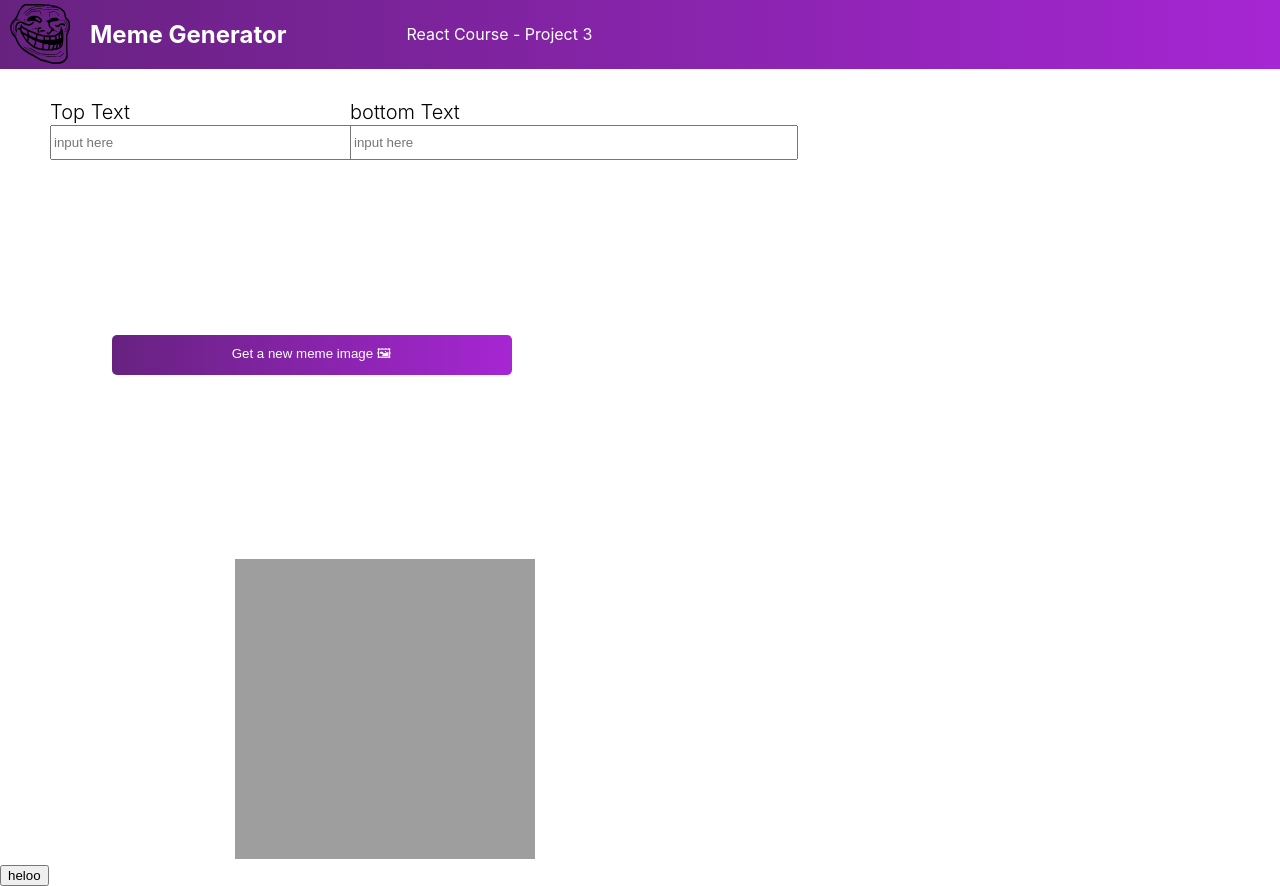
Repository: mortiestmorty1/meme-generator-react
Page: /
The author's editor kept a copy of each file at every save. The page is drawn from the files as they stood at one save, then again after the next save.
The browser window is 1280 px wide. The pictures show the whole page.
Pictures or frames that could not be fetched are drawn as grey boxes. The project was rebuilt for these pictures with package versions that can differ from the ones it lists, and the page was loaded fresh each time.

Above is the page before, as saved 2024-01-19 17:53:45.

### src/index.css
body {
  margin: 0;
  font-family: -apple-system, BlinkMacSystemFont, 'Segoe UI', 'Roboto', 'Oxygen',
    'Ubuntu', 'Cantarell', 'Fira Sans', 'Droid Sans', 'Helvetica Neue',
    sans-serif;
  -webkit-font-smoothing: antialiased;
  -moz-osx-font-smoothing: grayscale;
}

code {
  font-family: source-code-pro, Menlo, Monaco, Consolas, 'Courier New',
    monospace;
}
* {
  box-sizing: border-box;
  }

### src/App.js

import './App.css';
import React from "react";
import Navbar from "./components/Navbar";
import Inputs from "./components/inputs";
import { useState } from 'react';
function App() {
  const [out ,setOut] = useState(false)
   function handleClick () {
    setOut(prevOut =>prevOut ? false : true)
   }
  return (
    <div className="App">
      <Navbar />
      <Inputs />
      <button onClick={handleClick}>{out} heloo</button>

    </div>
  );
}

export default App;

### src/App.css
.nav-container {
  display: flex;
  justify-content: space-between;
  align-items: center;
  background: linear-gradient(to right, #672280,#A626D3);
  }
  .image{
    width: 60px;
    height: 60px;
    margin-left: 10px;
  }
  .navbar{
    display: flex;
    justify-content: space-around;
    align-items: center;
    margin-right: 10px;
    color: white;
  }
  .navbar h1{
    margin-right: 20px;
    margin-left: 20px;
  }
  .info{
    margin-left: 100px;
  }
  .inputs-container{
    margin-left: 50px;
    margin-top: 20px;
    font-size: 20px;
    font-weight: 300;
  }
  .top{
    position: absolute;
    top: 100px;
  }
  .bottom{
    position: absolute;
    margin-left: 300px;
    top: 100px;
  }
  .topinput{
    position: absolute;
    top: 125px;
    height: 35px;
    width: 35%;
  }
  .bottominput{
    position: absolute;
    top: 125px;
    margin-left: 300px;
    height: 35px;
    width: 35%;
  }
  .generate{
    margin-left: 5%;
    margin-top: 20%;
    background: linear-gradient(to right, #672280,#A626D3);
    color: white;
    border: none;
    border-radius: 5px;
    width: 400px;
    height: 40px;
  }
  .memeimage{
    margin-left: 15%;
    margin-top: 15%;
    width: 300px;
    height: 300px;
  }

### src/components/Navbar.js
import React from "react";
import Troll from "./Troll-Face.svg";
import "../App.css";
function Navbar(){
    return(
        <div className="nav-container">
            <nav className="navbar">
                <img src={Troll} className="image" alt="Troll Face" />
                <h1>Meme Generator</h1>
                <section className="info">
                    <p>React Course - Project 3</p>
                </section>
            </nav>
        </div>
    )
}

export default Navbar;

### src/components/inputs.js
import React from "react";
import "../App.css";
import Meme from "./meme.js";
import { useState } from "react";
function Inputs(){
    const [memeimage , setmemeimage] = useState("https://png.pngtree.com/png-vector/20231222/ourlarge/pngtree-do-not-press-this-button-sign-vector-png-image_11376553.png")
    function handleClick () {
        const memearray = Meme
        const random = Math.floor(Math.random() * memearray.length)
        const url = memearray[random].url
        setmemeimage(url)
    }
    return(
        <div className="inputs-container">
            <div className="inputs">
                <label className="top">Top Text</label>
                <input  className="topinput" type="text" placeholder="input here" />
                <label className="bottom">bottom Text</label>
                <input className="bottominput" type="text" placeholder="input here" />
                <button className="generate" onClick={handleClick}>Get a new meme image  🖼</button>
            </div>
            < img src={memeimage} className="memeimage" alt="meme" />
        </div>
    )
}

export default Inputs;

### src/components/meme.js

export default [
    {
        id: 1,
        name: "Drake",
        url: "https://i.imgflip.com/30b1gx.jpg",
        width: 1200,
        height: 1200
    },
    {
        id: 2,
        name: "Distracted Boyfriend",
        url: "https://i.imgflip.com/1ur9b0.jpg",
        width: 1200,
        height: 800
    },
    {
        id: 3,
        name: "Two Buttons",
        url: "https://i.imgflip.com/1g8my4.jpg",
        width: 600,
        height: 908
    },
    {
        id: 4,
        name: "Mocking Spongebob",
        url: "https://i.imgflip.com/1otk96.jpg",
        width: 502,
        height: 353
    },
    {
        id: 5,
        name: "Expanding Brain",
        url: "https://i.imgflip.com/1jwhww.jpg",
        width: 857,
        height: 1202
    },
    {
        id: 6,
        name: "Roll Safe Think About It",
        url: "https://i.imgflip.com/1h7in3.jpg",
        width: 600,
        height: 600
    },
    {
        id: 7,
        name: "Change My Mind",
        url: "https://i.imgflip.com/24y43o.jpg",
        width: 482,
        height: 361
    },
    {
        id: 8,
        name: "Is This A Pigeon",
        url: "https://i.imgflip.com/1o00in.jpg",
        width: 857,
        height: 1202
    },
    {
        id: 9,
        name: "Batman Slapping Robin",
        url: "https://i.imgflip.com/9ehk.jpg",
        width: 400,
        height: 387
    },
   {
        id: 10,
        name: "One Does Not Simply",
        url: "https://i.imgflip.com/1bij.jpg",
        width: 568,
        height: 335
    },
    {
        id: 11,
        name: "Philosoraptor",
        url: "https://i.imgflip.com/1bgs.jpg",
        width: 400,
        height: 400
    },
    {
        id: 12,
        name: "Waiting Skeleton",
        url: "https://i.imgflip.com/2fm6x.jpg",
        width: 500,
        height: 500
    },
    {
        id: 13,
        name: "X, X Everywhere",
        url: "https://i.imgflip.com/1ihzfe.jpg",
        width: 500,
        height: 610
    },
    {
        id: 14,
        name: "Futurama Fry",
        url: "https://i.imgflip.com/1bgw.jpg",
        width: 553,
        height: 439
    },
    {
        id: 15,
        name: "Ancient Aliens",
        url: "https://i.imgflip.com/26am.jpg",
        width: 500,
        height: 437
    },
    {
        id: 16,
        name: "That Would Be Great",
        url: "https://i.imgflip.com/1bh8.jpg",
        width: 500,
        height: 500
    },
    {
        id: 17,
        name: "Unsettled Tom",
        url: "https://i.imgflip.com/2wifvo.jpg",
        "width": 500,
        "height": 654
    },
    {
        id : 18,
        name: "Boardroom Meeting Suggestion",
        url: "https://i.imgflip.com/m78d.jpg",
        width: 625,
        height: 415
    },
]

Loaded but not shown: public/index.html (common file); src/index.js (common file); src/reportWebVitals.js (common file)

After the next save:
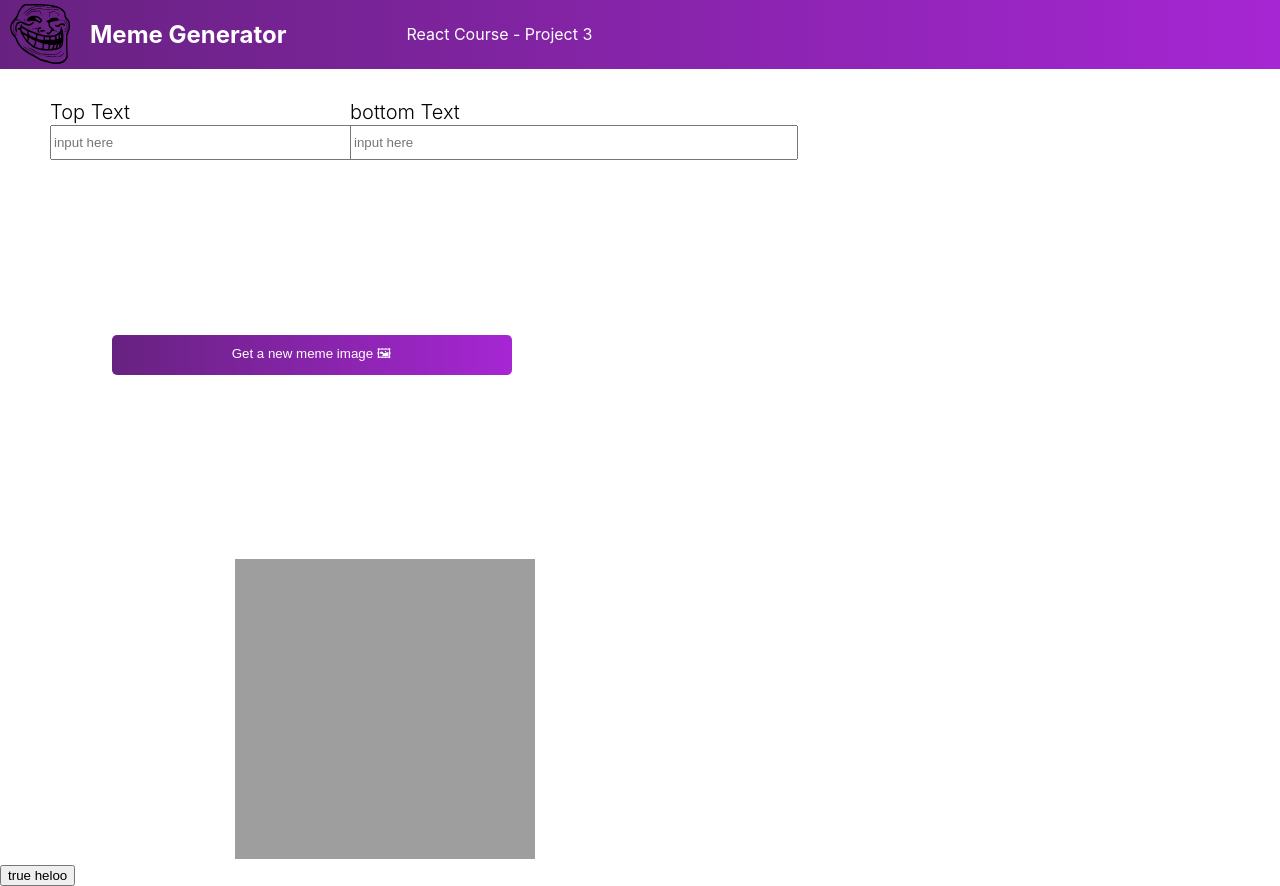
Saved 31 s later.
--- a/src/App.js
+++ b/src/App.js
@@ -5,9 +5,9 @@ import Navbar from "./components/Navbar";
 import Inputs from "./components/inputs";
 import { useState } from 'react';
 function App() {
-  const [out ,setOut] = useState(false)
+  const [out ,setOut] = useState("true")
    function handleClick () {
-    setOut(prevOut =>prevOut ? false : true)
+    setOut(prevOut =>prevOut ? "false" : "true")
    }
   return (
     <div className="App">
